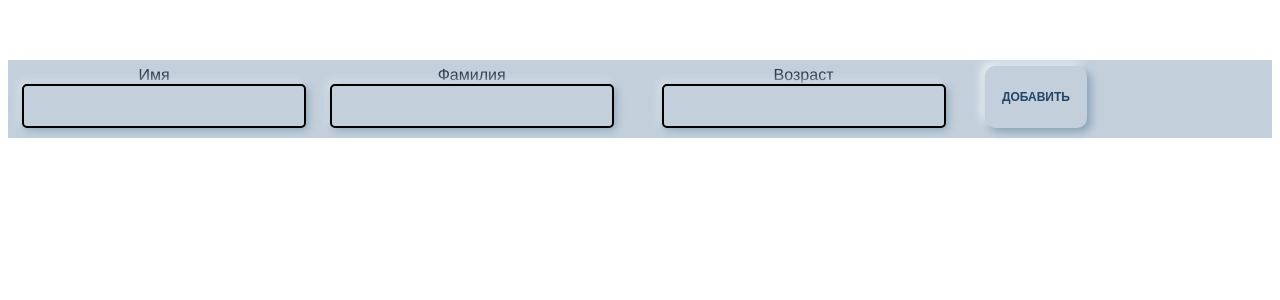
Repository: shum89/test-vue-table
Page: /
These files come from the project's save history. The page is drawn as it stood at one moment and after the next save; the edit follows.
The browser window is 1280 px wide. The pictures show the whole page.
The project was rebuilt for these pictures with package versions that can differ from the ones it lists, and the page was loaded fresh each time. Also part of the build but not shown: vue.config.js.

Above is the page before, as saved 2021-07-18 15:49:45.

### src/App.vue
<template>
  <Form @submit="addData" />
  <Table @remove="removeData" :list="list" />
</template>
<script>
import { uuid } from 'vue-uuid';
import { ref } from 'vue';
import Form from './components/Form.vue';
import Table from './components/Table.vue';

export default {
  components: { Form, Table },
  setup() {
    const list = ref([]);

    const normalizeString = (str) => {
      const result = str.charAt(0).toUpperCase() + str.slice(1).toLowerCase();
      return result;
    };

    const addData = (person) => {
      list.value.push({
        firstName: normalizeString(person.firstName),
        lastName: normalizeString(person.lastName),
        age: person.age,
        id: uuid.v1(),
      });
    };

    const removeData = (id) => {
      list.value = list.value.filter((i) => i.id !== id);
    };

    return {
      list,
      addData,
      removeData,
    };
  },
};
</script>
<script></script>

<style>
body {
  --base: #090e10;
  --base1: #ebeff3;
  --base2: #c3d0db;
  --base3: #88a1b7;
  --baseDark1: #396387;
  --baseDark2: #204566;
  --baseDark3: #152e44;
  --base-shadow: inset 0px 0px 0px var(--base3), inset 0px 0px 0px var(--base1),
    4px 4px 9px var(--base3), -4px -4px 9px var(--base1);
  --base-shadow-active: inset 4px 4px 9px var(--base3), inset -4px -4px 6px var(--base1),
    2px 2px 9px var(--base3), -2px -2px 9px var(--base1);
  --input-shadow: 2px 2px 9px var(--base3), -2px -2px 9px var(--base1);
  --input-shadow-active: inset 2px 2px 6px var(--base3), inset -2px -2px 6px var(--base1),
    1px 1px 6px var(--base3), -1px -1px 6px var(--base1);
  --shadow-transition: all 0.25s cubic-bezier(0.17, 0.67, 0.83, 0.67);
}
fieldset {
  border: none;
}
#app {
  font-family: Avenir, Helvetica, Arial, sans-serif;
  -webkit-font-smoothing: antialiased;
  -moz-osx-font-smoothing: grayscale;
  text-align: center;
  color: #2c3e50;
  margin-top: 60px;
  background: var(--base2);
  box-sizing: border-box;
}
.table__row-group {
  display: flex;
  align-items: center;
  flex-direction: column;
}
.table__row {
  display: grid;
  gap: 5px;
  grid-template-columns: repeat(3, 1fr);
  justify-content: center;
  max-width: 500px;
  width: 100%;
}
</style>

### src/components/Form.vue
<template>
  <form @submit.prevent="onSubmit">
    <fieldset class="form__fieldset">
      <label for="firstName">
        <span class="form__label">Имя</span>
        <input class="form__input" v-model="person.firstName" type="text" id="firstName" />
      </label>

      <label for="lastName">
        <span>Фамилия</span>
        <input class="form__input" v-model="person.lastName" type="text" id="lastName" />
      </label>

      <label for="age">
        <span>Возраст</span>
        <input class="form__input" v-model="person.age" type="number" id="age" />
      </label>

      <button class="form__submit" type="submit">Добавить</button>
    </fieldset>
  </form>
</template>

<script>
import { reactive } from 'vue';

export default {
  setup(_, { emit }) {
    const person = reactive({
      firstName: '',
      lastName: '',
      age: '',
    });
    const onSubmit = () => {
      emit('submit', person);
    };

    return { onSubmit, person };
  },

  name: 'Form',
  inheritAttrs: false,
};
</script>

<style scoped>
.form__input {
  border: none;
  appearance: none;
  width: 100%;
  max-width: 250px;
  border-radius: 10px;
  font-size: 15px;
  line-height: 20px;
  min-height: 20px;
  padding: 10px 15px;
  background: var(--base2);
  box-shadow: var(--input-shadow);
  border-radius: 5px;
  border: 2px solid;
  transition: var(--shadow-transition);
}
.form__input:focus-within {
  transition: var(--shadow-transition);
  box-shadow: var(--input-shadow-active);
  border: var(--baseDark3);
  outline: 0;
}
.form__fieldset {
  display: flex;
  gap: 35px;
}
.form__submit {
  border-radius: 10px;
  padding: 10px 15px;
  max-width: 500px;
  font-size: 12px;
  line-height: 22px;
  font-weight: 900;
  text-transform: uppercase;
  transition: var(--shadow-transition);
  width: fit-content;
  color: var(--baseDark2);
  background: var(--base2);
  border: 2px solid var(--base2);
  box-shadow: var(--base-shadow);
}
.form__submit:active {
  outline: none;
  box-shadow: var(--base-shadow-active);
  color: var(--baseDark2);
  border-color: var(--base3);
}
</style>

### src/components/Table.vue
<template>
  <div v-if="list.length > 0" class="table" role="grid" aria-colcount="3">
    <div class="table__row-group" role="rowgroup">
      <div class="table__row" role="row">
        <span role="columnheader" aria-colindex="1">First Name</span>
        <span role="columnheader" aria-colindex="2">Last Name</span>
        <span role="columnheader" aria-colindex="3">Age</span>
      </div>
    </div>
    <div class="table__row-group" role="rowgroup">
      <div class="table__row" v-for="listItems in list" :key="listItems.id" role="row">
        <div aria-colindex="1" role="gridcell">
          <span> {{ listItems.firstName }}</span>
        </div>
        <div aria-colindex="2" role="gridcell">
          <span> {{ listItems.lastName }}</span>
        </div>
        <div aria-colindex="3" role="gridcell">
          <span>{{ listItems.age }}</span>
        </div>
        <button @click="removeData(listItems.id)">X</button>
      </div>
    </div>
  </div>
</template>

<script>
export default {
  props: {
    list: Array,
  },
  setup(_, { emit }) {
    const removeData = (id) => {
      emit('remove', id);
    };
    return { removeData };
  },
  name: 'Table',
};
</script>

<style></style>

Loaded but not shown: public/index.html (common file); src/main.js (common file)

After the next save:
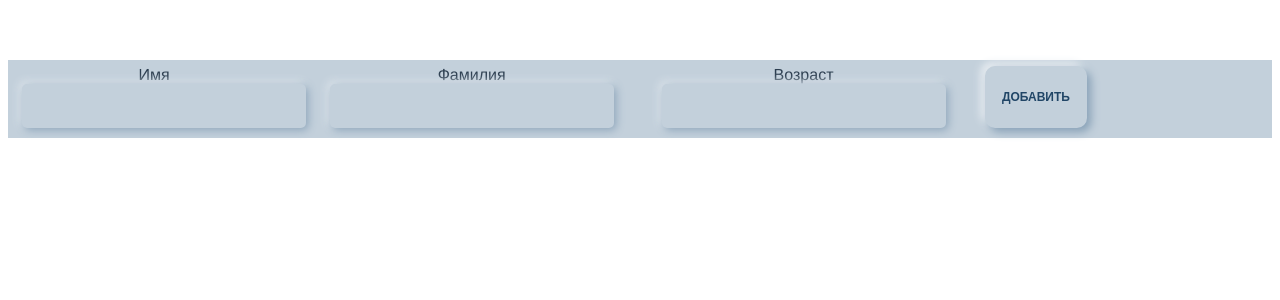
Saved 29 s later.
--- a/src/components/Form.vue
+++ b/src/components/Form.vue
@@ -58,6 +58,7 @@ export default {
   box-shadow: var(--input-shadow);
   border-radius: 5px;
   border: 2px solid;
+  border-color: var(--base2);
   transition: var(--shadow-transition);
 }
 .form__input:focus-within {
